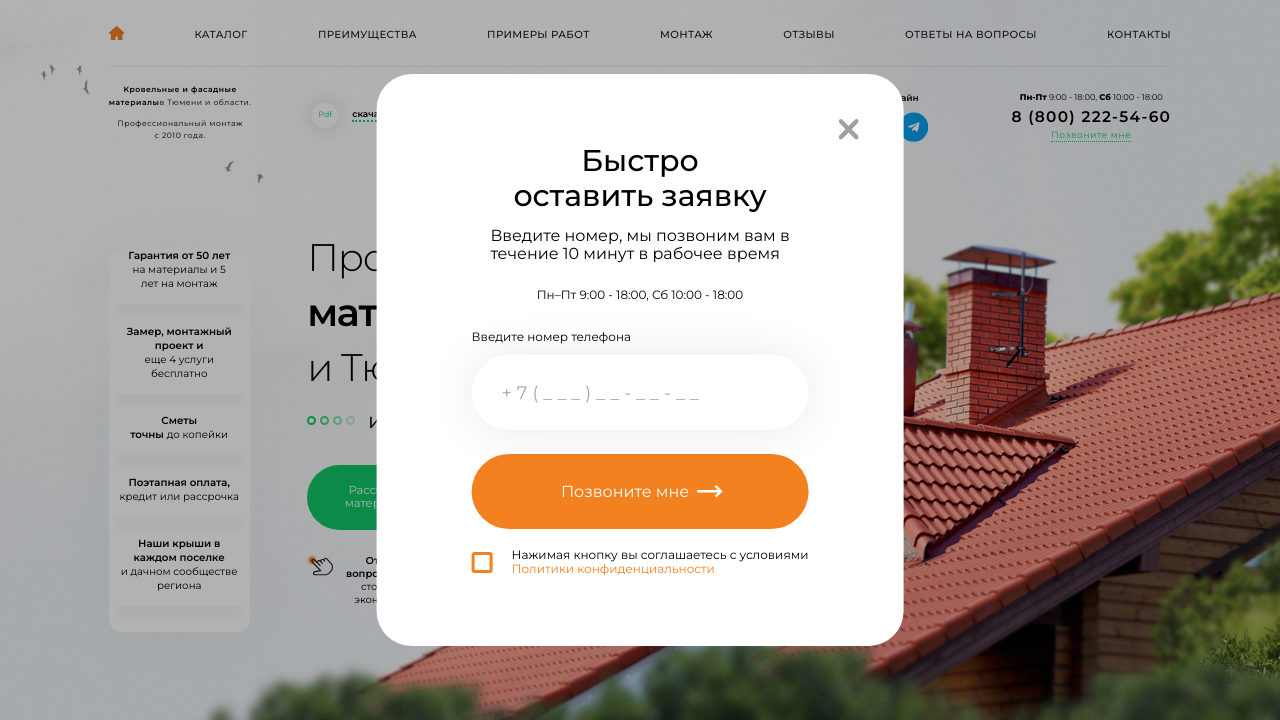
Repository: dima-hacker0/test_task_deyneka
Page: /
These files come from the project's save history. The page is drawn as it stood at one moment and after the next save; the edit follows.
The browser window is 1280 px wide. The pictures show the whole page.
The project was rebuilt for these pictures with package versions that can differ from the ones it lists, and the page was loaded fresh each time.

Above is the page before, as saved 2022-06-23 06:52:51.

### public/index.html
<!DOCTYPE html>
<html lang="en">
  <head>
    <meta charset="utf-8" />
    <link rel="preconnect" href="https://fonts.googleapis.com" />
    <link rel="preconnect" href="https://fonts.gstatic.com" crossorigin />
    <link
      href="https://fonts.googleapis.com/css2?family=Montserrat:ital,wght@0,100;0,200;0,300;0,400;0,500;0,600;0,700;0,800;0,900;1,100;1,200;1,300;1,400;1,500;1,600;1,700;1,800;1,900&display=swap"
      rel="stylesheet"
    />
    <link rel="icon" href="%PUBLIC_URL%/favicon.ico" />
    <meta name="viewport" content="width=device-width, initial-scale=1" />
    <meta name="theme-color" content="#000000" />
    <meta
      name="description"
      content="Web site created using create-react-app"
    />
    <link rel="apple-touch-icon" href="%PUBLIC_URL%/logo192.png" />
    <!--
      manifest.json provides metadata used when your web app is installed on a
      user's mobile device or desktop. See https://developers.google.com/web/fundamentals/web-app-manifest/
    -->
    <link rel="manifest" href="%PUBLIC_URL%/manifest.json" />
    <!--
      Notice the use of %PUBLIC_URL% in the tags above.
      It will be replaced with the URL of the `public` folder during the build.
      Only files inside the `public` folder can be referenced from the HTML.

      Unlike "/favicon.ico" or "favicon.ico", "%PUBLIC_URL%/favicon.ico" will
      work correctly both with client-side routing and a non-root public URL.
      Learn how to configure a non-root public URL by running `npm run build`.
    -->
    <title>React App</title>
  </head>
  <body>
    <noscript>You need to enable JavaScript to run this app.</noscript>
    <div id="root"></div>
    <!--
      This HTML file is a template.
      If you open it directly in the browser, you will see an empty page.

      You can add webfonts, meta tags, or analytics to this file.
      The build step will place the bundled scripts into the <body> tag.

      To begin the development, run `npm start` or `yarn start`.
      To create a production bundle, use `npm run build` or `yarn build`.
    -->
  </body>
</html>

### src/App.jsx
import "./App.css";
import Header from "./components/header/header";
import MainPage from "./components/main_page/main_page";
import Popap from "./components/popap/popap";

function App() {
  return (
    <div className="App">
      <Header />
      <MainPage />
      <Popap />
    </div>
  );
}

export default App;

### src/App.css
body {
  background-image: url(./images/BG.png);
  background-size: 100vw;
  background-repeat: no-repeat;
  min-height: 100vh;
}

### src/components/header/header.jsx
import Svg from "../../svg/svg";
import classes from "./header.module.css";

const Header = () => {
  return (
    <header className={classes.header}>
      <div className={classes.container}>
        <nav className={classes.navigation}>
          <a href="/">
            <Svg id="house" styles={classes.svg} />
          </a>
          <a href="/" className={classes.linkPage}>
            каталог
          </a>
          <a href="/" className={classes.linkPage}>
            преимущества
          </a>
          <a href="/" className={classes.linkPage}>
            примеры работ
          </a>
          <a href="/" className={classes.linkPage}>
            монтаж
          </a>
          <a href="/" className={classes.linkPage}>
            отзывы
          </a>
          <a href="/" className={classes.linkPage}>
            ответы на вопросы
          </a>
          <a href="/" className={classes.linkPage}>
            контакты
          </a>
        </nav>
      </div>
    </header>
  );
};

export default Header;

### src/components/main_page/main_page.jsx
import CentralBlock from "./central_block/central_block";
import CompanyAdvantages from "./company_advantages/company_advantages";
import classes from "./main_page.module.css";
import TopPanel from "./top_panel/top_panel";

const MainPage = () => {
  return (
    <section className={classes.mainPage}>
      <div className={classes.container}>
        <TopPanel />
        <div className={classes.advantagesAndMain}>
          <CompanyAdvantages />
          <CentralBlock />
        </div>
      </div>
    </section>
  );
};

export default MainPage;

### src/components/popap/popap.jsx
import Svg from "../../svg/svg";
import classes from "./popap.module.css";
import InputMask from "react-input-mask";
import React, { useState } from "react";

const Popap = () => {
  const checkBox = React.createRef();

  const [activeChecbox, setCheckBox] = useState(false);
  const [showAcceptConditions, setAcceptConditions] = useState(false);

  const submitForm = (event) => {
    event.preventDefault();
    if (!checkBox.current.checked) {
      console.log("условия не приняты");
    }
  };

  const clickCheckBox = () => {
    if (checkBox.current.checked) {
      setCheckBox(false);
    } else {
      setCheckBox(true);
    }
  };

  return (
    <div className={classes.background}>
      <div className={classes.popap}>
        <div className={classes.container}>
          <p className={classes.submitApplicationText}>
            Быстро
            <br /> оставить заявку
          </p>
          <p className={classes.enterNumber}>
            Введите номер, мы позвоним вам в<br /> течение 10 минут в рабочее
            время
          </p>
          <p className={classes.workingHours}>
            Пн–Пт 9:00 - 18:00, Сб 10:00 - 18:00
          </p>

          <form onSubmit={submitForm}>
            <div className={classes.inputBlock}>
              <p className={classes.enterNumberInput}>Введите номер телефона</p>
              <InputMask
                className={classes.input}
                alwaysShowMask="true"
                mask="+7(999)99-99-99"
              />
            </div>
            <button type="submit" className={classes.buttonCallMe}>
              <p className={classes.buttonCallMe__text}>Позвоните мне</p>
              <Svg id="arrow" styles={classes.arrow}></Svg>
            </button>
            <div className={classes.checkBoxBlock}>
              <label
                onClick={clickCheckBox}
                className={classes.checkBoxLabel}
                htmlFor="checkbox"
              >
                <div
                  className={
                    activeChecbox
                      ? classes.customCheckboxActive
                      : classes.customCheckBoxInactive
                  }
                >
                  {activeChecbox ? (
                    <Svg id="check-mark" styles={classes.checkMark} />
                  ) : null}
                </div>
              </label>
              <div>
                <p className={classes.acceptConditions}>
                  Нажимая кнопку вы соглашаетесь с условиями
                  <br />{" "}
                  <span style={{ color: "#F38120" }}>
                    Политики конфиденциальности
                  </span>
                </p>
              </div>
            </div>
            <input
              style={{ display: "none" }}
              ref={checkBox}
              id="checkbox"
              type="checkbox"
            />
          </form>
        </div>
        <Svg styles={classes.cross} id="cross" />
      </div>
    </div>
  );
};

export default Popap;

### src/components/header/header.module.css
.linkPage {
  text-transform: uppercase;
  font-weight: 500;
  color: #1c1c1c;
  font-size: 0.8vw;
  letter-spacing: 0.03vw;
  transition: 0.4s;
}
.navigation {
  display: flex;
  justify-content: space-between;
  align-items: center;
  padding-top: 2vw;
  padding-bottom: 1.7vw;
}
.container {
  max-width: 83vw;
  margin: 0 auto;
  border-bottom: 1px solid rgba(0, 0, 0, 0.07);
}
.svg {
  width: 1.2vw;
}
.linkPage:after {
  display: block;
  content: "";
  height: 1px;
  width: 0%;
  background-color: #f38120;
  transition: width 0.4s ease-in-out;
}
.linkPage:hover:after,
.linkPage:focus:after {
  width: 100%;
}
.linkPage:hover {
  color: #f38120;
}

### src/components/main_page/company_advantages/company_advantages.jsx
import classes from "./company_advantages.module.css";

const CompanyAdvantages = () => {
  return (
    <div className={classes.companyAdvantages}>
      <p className={classes.item}>
        <span className={classes.highlightedItems}>
          Гарантия от 50 лет <br />
        </span>
        на материалы и 5 <br />
        лет на монтаж
      </p>
      <p className={classes.item}>
        <span className={classes.highlightedItems}>
          Замер, монтажный
          <br /> проект и
          <br />
        </span>
        еще 4 услуги
        <br /> бесплатно
      </p>
      <p className={classes.item}>
        <span className={classes.highlightedItems}>
          Сметы
          <br /> точны{" "}
        </span>
        до копейки
      </p>
      <p className={classes.item}>
        <span className={classes.highlightedItems}>
          Поэтапная оплата,
          <br />
        </span>{" "}
        кредит или рассрочка
      </p>
      <p className={classes.item}>
        <span className={classes.highlightedItems}>
          Наши крыши в<br /> каждом поселке
          <br />
        </span>{" "}
        и дачном сообществе
        <br /> региона
      </p>
    </div>
  );
};

export default CompanyAdvantages;

### src/components/main_page/main_page.module.css
.container {
  max-width: 83vw;
  margin: 0 auto;
}
.advantagesAndMain {
  display: flex;
  padding-top: 8vw;
}
.mainPage {
  padding-bottom: 3vw;
}

### src/components/main_page/top_panel/top_panel.jsx
import DownloadCatalog from "./download_catalog/download_catalog";
import Materials from "./materials/materials";
import classes from "./top_panel.module.css";
import Logo from "./logo/logo";
import Answer from "./answer_online/answer";
import CallMe from "./block_call_me/call_me";

const TopPanel = () => {
  return (
    <div className={classes.items}>
      <div className={classes.leftSide}>
        <Materials />
        <DownloadCatalog />
      </div>
      <Logo />
      <div className={classes.rightSide}>
        <Answer />
        <CallMe />
      </div>
    </div>
  );
};

export default TopPanel;

### src/components/popap/popap.module.css
.background {
  width: 100vw;
  height: 100vh;
  background-color: rgba(0, 0, 0, 0.3);
  position: fixed;
  left: 0;
  top: 0;
}
.container {
  padding: 70px 95px;
  display: flex;
  flex-direction: column;
  align-items: center;
}
.popap {
  position: absolute;
  left: 50%;
  top: 50%;
  background-color: white;
  transform: translate(-50%, -50%);
  border-radius: 35px;
}
.submitApplicationText {
  text-align: center;
  font-size: 30px;
  font-weight: 500;
}
.enterNumber {
  font-size: 16px;
  margin-top: 14px;
}
.cross {
  width: 20px;
  position: absolute;
  top: 45px;
  right: 45px;
  cursor: pointer;
}
.workingHours {
  font-weight: 400;
  font-size: 12px;
  margin-top: 24px;
}
.input {
  color: #a7a7a7;
  font-size: 18px;
  letter-spacing: 5px;
  max-width: 356px;
  width: 100%;
  height: 75px;
  padding: 0 30px;
  border-radius: 100vw;
  box-shadow: 0px 0px 50px rgba(0, 0, 0, 9%);
  margin-top: 12px;
  box-sizing: border-box;
}
.enterNumberInput {
  font-size: 12px;
}
.inputBlock {
  margin-top: 28px;
}
.buttonCallMe {
  background-color: #f38120;
  color: white;
  display: flex;
  max-width: 356px;
  width: 100%;
  height: 75px;
  border-radius: 100vw;
  justify-content: center;
  align-items: center;
  cursor: pointer;
  margin-top: 24px;
  transition: 0.3s;
}
.buttonCallMe:hover {
  box-shadow: 0px 0px 50px rgba(0, 0, 0, 19%);
}

.arrow {
  width: 20px;
  transform: rotate(45deg);
  margin-left: 10px;
}
.customCheckboxActive {
  width: 15px;
  height: 15px;
  background-color: #f38120;
  cursor: pointer;
  border: 3px solid #f38120;
  border-radius: 3px;
  position: relative;
}
.customCheckBoxInactive {
  width: 15px;
  height: 15px;
  cursor: pointer;
  border: 3px solid #f38120;
  border-radius: 3px;
}
.checkMark {
  position: absolute;
  left: 0;
  top: 0;
  left: 50%;
  top: 50%;
  transform: translate(-50%, -50%);
  width: 10px;
}
.checkBoxBlock {
  display: flex;
  align-items: center;
  margin-top: 19px;
}
.acceptConditions {
  white-space: nowrap;
  font-size: 12px;
  margin-left: 19px;
}

### src/components/main_page/central_block/central_block.module.css
.centralBlock {
  margin-left: 4.5vw;
}
.mainTitle {
  font-weight: 300;
  font-size: 3vw;
  letter-spacing: -0.1vw;
  line-height: 4.3vw;
  margin-top: -1.5vw;
}
.highlightText {
  font-weight: 600;
}
.turnkeyInstallation {
  display: flex;
  align-items: center;
  margin-top: 1vw;
}
.circles {
  display: flex;
  column-gap: 0.3vw;
  margin-right: 1vw;
}
.circles__item {
  width: 0.4vw;
  height: 0.4vw;
  border-radius: 50%;
  border: 2px solid #12c868;
  display: flex;
  align-items: center;
}
.buttons {
  display: flex;
  width: 37.7vw;
  justify-content: space-between;
  margin-top: 2.5vw;
}
.buttons__item {
  border: 0;
  height: 5.1vw;
  border-radius: 100vw;
  display: flex;
  align-items: center;
  justify-content: center;
  cursor: pointer;
}
.buttons__item:hover .buttonContent {
  width: 65%;
}
.buttonContent {
  display: flex;
  justify-content: space-between;
  align-items: center;
  transition: 0.3s;
  width: 70%;
}
.turnkeyInstallation__text {
  font-size: 1.68vw;
}
.buttonText {
  color: white;
  font-size: 0.9vw;
}
.arrow {
  width: 1vw;
}
.logoClick {
  width: 1vw;
}
.answerSomeQuestions {
  margin-top: 2vw;
  display: flex;
}
.answerSomeQuestionsBoldText {
  font-weight: 600;
}
.answerSomeQuestions__text {
  margin-left: 1vw;
  font-size: 0.78vw;
  line-height: 1vw;
  text-align: center;
}
.buttons__item:first-child {
  background-color: #12c868;
  width: 19.5vw;
}
.buttons__item:nth-child(2) {
  background-color: #f38120;
  width: 17.2vw;
}
.circles__item:nth-child(2) {
  opacity: 0.75;
}
.circles__item:nth-child(3) {
  opacity: 0.5;
}
.circles__item:nth-child(4) {
  opacity: 0.25;
}

### src/components/main_page/company_advantages/company_advantages.module.css
.companyAdvantages {
  background-color: #fff;
  display: flex;
  flex-direction: column;
  line-height: 1.1vw;
  row-gap: 1.6vw;
  box-shadow: 0px 0px 75px rgba(0, 0, 0, 0.03);
  width: 11vw;
  padding-bottom: 2vw;
  border-radius: 1vw;
}
.item {
  font-size: 0.8vw;
  text-align: center;
  /* position: relative; */
  padding-bottom: 1vw;
  box-shadow: 0px 19px 7px -7px rgba(0, 0, 0, 0.03);
}
/* .item::before {
  content: "";
  width: 100%;
  height: 3px;
  background-color: black;
  position: absolute;
  left: 0;
} */
.highlightedItems {
  font-weight: 600;
}

### src/components/main_page/top_panel/download_catalog/download_catalog.jsx
import classes from "./download_catalog.module.css";

const DownloadCatalog = () => {
  return (
    <div className={classes.block}>
      <div className={classes.circlePdf}>Pdf</div>
      <p className={classes.downloadСatalog}>скачать прайс-каталог</p>
    </div>
  );
};

export default DownloadCatalog;

### src/components/main_page/top_panel/materials/materials.jsx
import classes from "./materials.module.css";

const Materials = () => {
  return (
    <div className={classes.item}>
      <p className={classes.text}>
        <span className={classes.textMaterials}>
          Кровельные и фасадные <br /> материалы
        </span>
        в Тюмени и области.
      </p>
      <p className={classes.text}>
        Профессиональный монтаж <br /> с 2010 года.
      </p>
    </div>
  );
};

export default Materials;

### src/components/main_page/top_panel/top_panel.module.css
.items {
  position: relative;
  display: flex;
  justify-content: space-between;
}
.leftSide {
  display: flex;
  justify-content: space-between;
  padding-top: 1.3vw;
  width: 27.5vw;
}
.rightSide {
  display: flex;
  justify-content: space-between;
  padding-top: 2vw;
  width: 27vw;
}

### src/components/main_page/top_panel/logo/logo.jsx
import classes from "./logo.module.css";
import Svg from "../../../../svg/svg";
import logo from "../../../../images/logo.png";

const Logo = () => {
  return (
    <div className={classes.block}>
      <div className={classes.blockLogo}>
        <Svg id="form" styles={classes.form} />
        <img className={classes.logo} src={logo} alt="logo" />
      </div>
    </div>
  );
};

export default Logo;

### src/components/main_page/top_panel/answer_online/answer.jsx
import Svg from "../../../../svg/svg";
import classes from "./answer.module.css";

const Answer = () => {
  return (
    <div className={classes.answerOnline}>
      <p className={classes.answerText}>
        Отвечаем <span style={{ fontWeight: 600 }}>онлайн</span>
      </p>
      <div className={classes.socialMedia}>
        <a className={classes.socialMedia__item} target="_blank" href="/">
          <Svg id="viber" styles={classes.icon} />
        </a>
        <a className={classes.socialMedia__item} target="_blank" href="/">
          <Svg id="whatsup" styles={classes.icon} />
        </a>
        <a className={classes.socialMedia__item} target="_blank" href="/">
          <Svg id="telegram" styles={classes.icon} />
        </a>
      </div>
    </div>
  );
};

export default Answer;

### src/components/main_page/top_panel/block_call_me/call_me.jsx
import classes from "./call_me.module.css";

const CallMe = () => {
  return (
    <div className={classes.callMeBlock}>
      <p className={classes.workingHours}>
        <span style={{ fontWeight: 800 }}>Пн-Пт</span> 9:00 - 18:00,{" "}
        <span style={{ fontWeight: 800 }}>Сб</span> 10:00 - 18:00
      </p>
      <p className={classes.number}>8 (800) 222-54-60</p>
      <span className={classes.callMeText}>Позвоните мне</span>
    </div>
  );
};

export default CallMe;

### src/components/main_page/top_panel/download_catalog/download_catalog.module.css
.circlePdf {
  color: #12c868;
  font-size: 0.6vw;
  width: 2vw;
  height: 2vw;
  justify-content: center;
  align-items: center;
  display: flex;
  box-shadow: 0px 0px 25px rgb(0 0 0 / 18%);
  border-radius: 50%;
}
.downloadСatalog {
  font-size: 0.7vw;
  font-weight: 600;
  border-bottom: 2px dotted #12c868;
}
.block {
  display: flex;
  align-items: center;
  justify-content: space-between;
  width: 11.6vw;
  cursor: pointer;
}

### src/components/main_page/top_panel/materials/materials.module.css
.textMaterials {
  font-weight: 600;
}
.text {
  font-size: 0.6vw;
  letter-spacing: 0.04vw;
  text-align: center;
  line-height: 1vw;
}
.item .text:first-child {
  margin-bottom: 8px;
}

### src/components/main_page/top_panel/logo/logo.module.css
.form {
  width: 20vw;
  -webkit-filter: drop-shadow(0px 25px 50px rgba(0, 0, 0, 0.03));
  filter: drop-shadow(0px 25px 50px rgba(0, 0, 0, 0.03));
}
.logo {
  position: absolute;
  width: 10vw;
  left: 50%;
  top: 37%;
  transform: translate(-50%, -50%);
}
.blockLogo {
  position: relative;
}
.block {
  position: absolute;
  left: 50%;
  top: -1.3vw;
  transform: translateX(-50%);
}

### src/components/main_page/top_panel/answer_online/answer.module.css
.answerText {
  font-size: 0.7vw;
  position: relative;
  text-align: center;
  margin-bottom: 0.7vw;
}
.answerText::before {
  content: "";
  width: 0.3vw;
  position: absolute;
  height: 0.3vw;
  background-color: #12c868;
  top: 50%;
  transform: translateY(-50%);
  border-radius: 50%;
  left: 0.2vw;
}
.icon {
  width: 2.3vw;
  transition: 0.2s;
}
.socialMedia {
  display: flex;
  justify-content: space-between;
  width: 8vw;
}
.icon:hover {
  width: 2vw;
}

### src/components/main_page/top_panel/block_call_me/call_me.module.css
.workingHours {
  font-size: 0.65vw;
  margin-bottom: 0.4vw;
}
.number {
  font-size: 1.2vw;
  font-weight: 600;
  letter-spacing: 0.1vw;
  margin-bottom: 0.4vw;
}
.callMeText {
  font-size: 0.7vw;
  letter-spacing: 0.05vw;
  color: #12c868;
  border-bottom: 0.15vw dotted #12c868;
}
.callMeBlock {
  display: flex;
  flex-direction: column;
  align-items: center;
}

Loaded but not shown: src/index.js (common file); src/svg/svg.jsx (212 lines, source omitted); src/index.css (359 lines, source omitted); src/components/main_page/central_block/central_block.jsx (61 lines, source omitted)

After the next save:
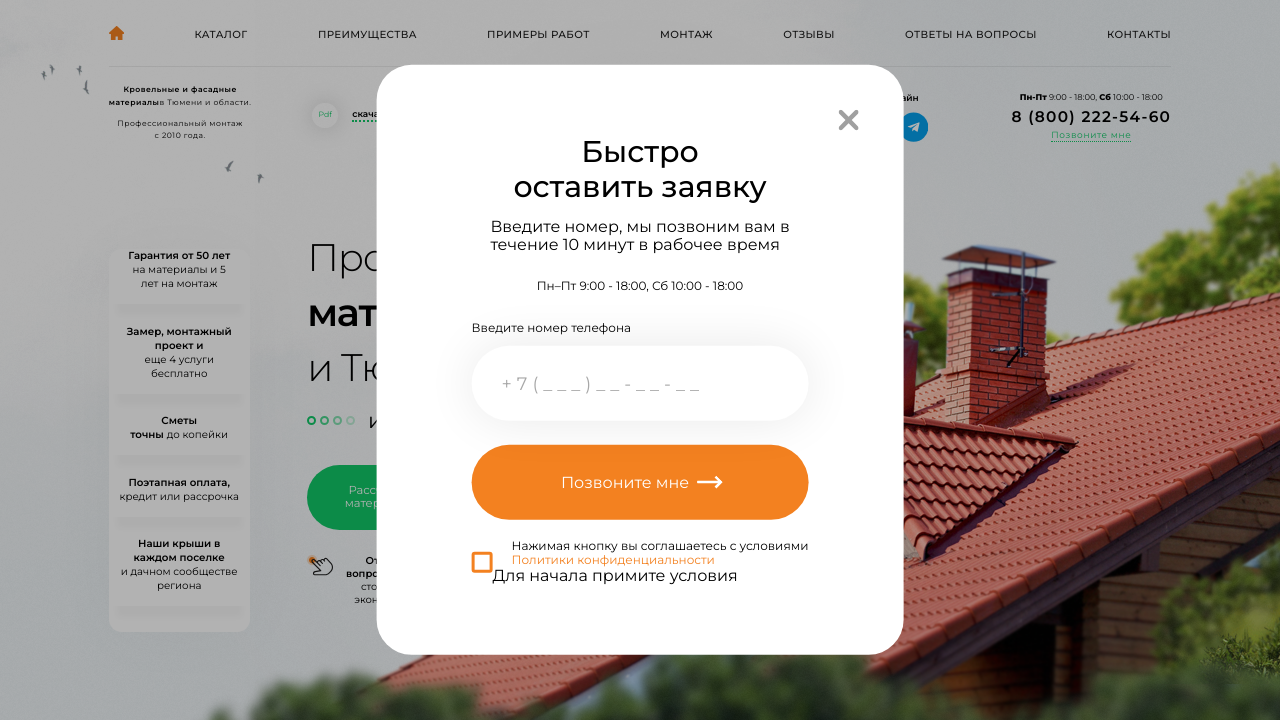
Saved 41 s later.
--- a/src/components/popap/popap.jsx
+++ b/src/components/popap/popap.jsx
@@ -79,6 +79,7 @@
                     Политики конфиденциальности
                   </span>
                 </p>
+                <p>Для начала примите условия</p>
               </div>
             </div>
             <input

After the 2 saves that followed:
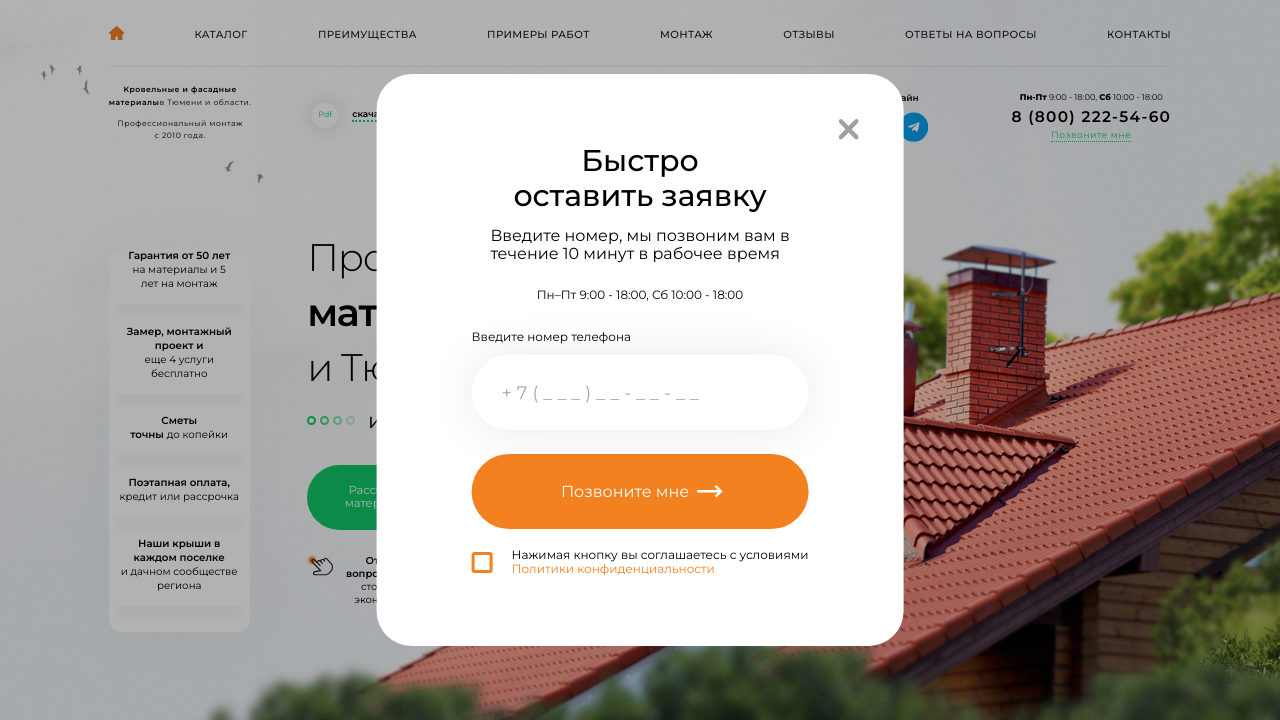
The 2 saves are shown as one change because 1 did not build or start.
The last was saved 39 s later.
--- a/src/components/popap/popap.jsx
+++ b/src/components/popap/popap.jsx
@@ -79,7 +79,9 @@
                     Политики конфиденциальности
                   </span>
                 </p>
-                <p>Для начала примите условия</p>
+                {showAcceptConditions ? (
+                  <p>Для начала примите условия</p>
+                ) : null}
               </div>
             </div>
             <input
